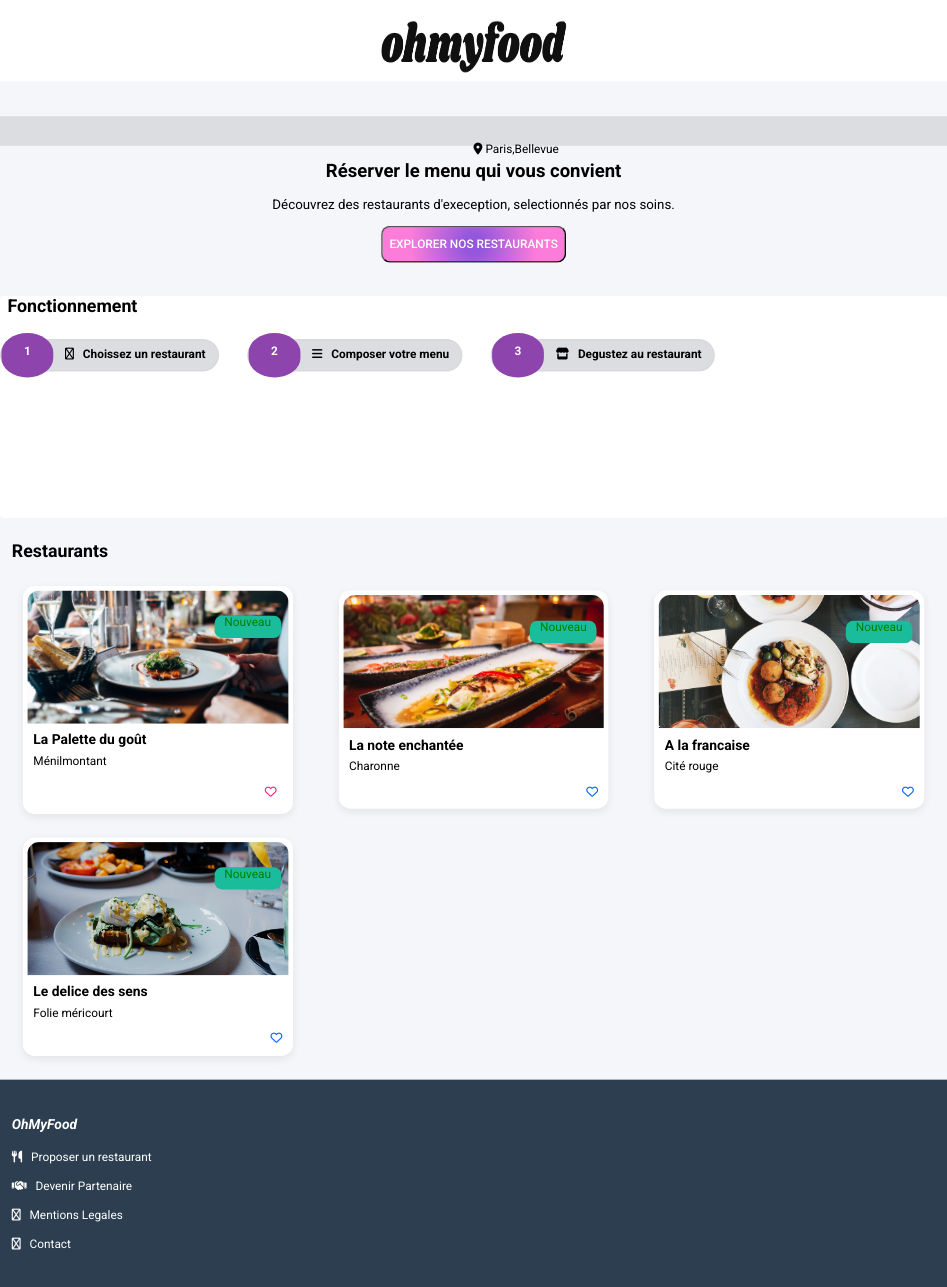
Repository: ultraasedev/ohmyfood
Page: index.html
These files come from the project's save history. The page is drawn as it stood at one moment and after the next save; the edit follows.
The browser window is 1280 px wide. The pictures show the whole page, at 74% of full size.
Some web fonts or font styles are not loaded; a fallback is used. Some web libraries are served in a nearby version.

Above is the page before, as saved 2022-10-27 18:56:41.

### index.html
<!doctype html>
<html lang="fr">
    <head>
        <meta charset="UTF-8">
        <meta name="viewport" content="width=device-width,minimum-scale=1,initial-scale=1,maximum-scale=2">

      <title>Ohmyfood!  - Home</title>
       <meta name="description" content="Ohmyfood! est une entreprise de commande de repas en ligne. Notre concept permet aux
       utilisateurs de composer leur propre menu et réduire leur temps d’attente dans les
       restaurants car leur menu est préparé à l’avance. Plus de perte de temps à consulter la carte"/>
       <meta property="og:site_name" content="Ohmyfood!  - est une entreprise de commande de repas en ligne. Notre concept permet aux
       utilisateurs de composer leur propre menu et réduire leur temps d’attente dans les
       restaurants car leur menu est préparé à l’avance. Plus de perte de temps à consulter la carte" />
       <meta property="og:description" content="est une entreprise de commande de repas en ligne. Notre concept permet aux
       utilisateurs de composer leur propre menu et réduire leur temps d’attente dans les
       restaurants car leur menu est préparé à l’avance. Plus de perte de temps à consulter la carte" />




       <link type="text/css" rel="stylesheet" href="css/normalize.css"/>
       <link type="text/css" rel="stylesheet" href="css/all.min.css"/>
       <link type="text/css" rel="stylesheet" href="css/fontawesome.min.css"/>
       <link rel="preconnect" href="https://fonts.googleapis.com">
        <link rel="preconnect" href="https://fonts.gstatic.com" crossorigin>
       <link href="https://fonts.googleapis.com/css2?family=Roboto:ital,wght@0,100;0,300;0,400;0,500;0,700;0,900;1,100;1,300;1,400;1,500;1,700;1,900&family=Shrikhand&display=swap" rel="stylesheet">
       <script   src="https://kit.fontawesome.com/f132f25ed3.js" crossorigin="anonymous"></script>

       <link type="text/css" rel="stylesheet" href="css/style.css" />



       </head>

       <body>
<!--Nav + Logo-->
   <div class="nav">
    <div class="logo">
      <img src="images/logo/ohmyfood.png" alt="Ohmyfood !" class="logo"/>
    </div>
   </div>


<!--Header-->
<header>
  <!--Location-->
 <div class="location">
  <div class="villeloca"><p><i class="fa-sharp fa-solid fa-location-dot"></i> Paris,Bellevue</p></div>
</div>

  <div class="head-cont">
    <h2>Réserver le menu qui vous convient</h2>
    <p>Découvrez des restaurants d'exeception, selectionnés par nos soins.</p>

    <button class="btn-nav">
      Explorer nos restaurants
    </button>
  </div>
</header>

<!--Fonctionnement-->
<section class="cont-fonc">
  <h2>Fonctionnement</h2>

  <div class="ctn-filtres">

    <div class="filtres">
      <div class="circle-inf"><p>1</p></div>
      <p><i class="fa-regular fa-phone"></i>&nbsp;&nbsp;&nbsp;Choissez un restaurant</p>
    </div>

    <div class="filtres">
      <div class="circle-inf"><p>2</p></div>
      <p><i class="fa-solid fa-bars"></i>&nbsp;&nbsp;&nbsp;Composer votre menu</p>
    </div>

    <div class="filtres">
      <div class="circle-inf"><p>3</p></div>
      <p><i class="fa-solid fa-store"></i>&nbsp;&nbsp;&nbsp;Degustez au restaurant</p>
    </div>


  </div>

</section>
<!--Fonctionnement-->

<!--Restau 1-->
<section class="cont-art">
  <h2>Restaurants</h2>

  <!-- Card 1 -->
              <article class="resto-card">
                <a href="#">
                  <img
                    src="./images/restaurants/jay-wennington-N_Y88TWmGwA-unsplash.jpg"
                    alt="Photo de l'hébergement"
                  />
                  <div class="new">Nouveau</div>
                  <h3>La Palette du goût</h3>
                  <p>Ménilmontant</p>
                  <div class="stars">
                    <i class="fa-regular fa-heart active"></i>
                  </div>
                </a>
              </article>


               <!-- Card 2 -->
               <article class="resto-card">
                <a href="#">
                  <img
                    src="./images/restaurants/louis-hansel-shotsoflouis-qNBGVyOCY8Q-unsplash.jpg"
                    alt="Photo de l'hébergement"
                  />
                  <div class="new">Nouveau</div>
                  <h3>La note enchantée</h3>
                  <p>Charonne</p>
                  <div class="stars">
                    <i class="fa-regular fa-heart"></i>

                  </div>
                </a>
              </article>

               <!-- Card 3 -->
               <article class="resto-card">
                <a href="#">
                  <img
                    src="./images/restaurants/stil-u2Lp8tXIcjw-unsplash.jpg"
                    alt="Photo de l'hébergement"
                  />
                  <div class="new">Nouveau</div>
                  <h3>A la francaise</h3>
                  <p>Cité rouge</p>
                  <div class="stars">
                    <i class="fa-regular fa-heart"></i>
                  </div>
                </a>
              </article>

               <!-- Card 4 -->
               <article class="resto-card">
                <a href="#">
                  <img
                    src="./images/restaurants/toa-heftiba-DQKerTsQwi0-unsplash.jpg"
                    alt="Photo de l'hébergement"
                  />
                  <div class="new">Nouveau</div>
                  <h3>Le delice des sens</h3>
                  <p>Folie méricourt</p>
                  <div class="stars">
                    <i class="fa-regular fa-heart"></i>
                  </div>
                </a>
              </article>




</section>

<!--FOOTER-->
<footer>
  <div class="container-footer">
    <div class="card-footer">
      <h3 style="font-family: 'Roboto';font-weight: 700;font-style: italic;">OhMyFood</h3>
      <!--<img src="images/logo/ohmyfood.png" alt="Ohmyfood !" height="20px" width="80px" style="margin-bottom: 10px;"/>-->
      <a href="#"><i class="fa-solid fa-utensils"></i>&nbsp;&nbsp;&nbsp;Proposer un restaurant</a>
      <a href="#"><i class="fa-solid fa-handshake"></i>&nbsp;&nbsp;&nbsp;Devenir Partenaire</a>
      <a href="#"><i class="fa-regular fa-circle-info"></i>&nbsp;&nbsp;&nbsp;Mentions Legales</a>
      <a href="#"><i class="fa-regular fa-phone"></i>&nbsp;&nbsp;&nbsp;Contact</a>

    </div>

</footer>

### css/style.css
*{
    box-sizing: border-box;
    font-family: var(--fontall);
    max-width: 1380px;

}
:root{

  /*Font*/
  --fontall: 'Roboto', sans-serif;
  --fontlg: 'Shrikhand' , cursive;

  /*color*/
  --primary: #9356DC;
  --secon: #FF79DA;
  --tert: #99E2D0;

  --greybg: #f5f6fa;

}


body{
    background-color:  var(--greybg);
    font-family: var(--fontall);
}

/* Nav*/
.nav{
  display: flex;
  height: 130px;
  width: 100%;
  background-color: #fff;
  align-items: center;
  align-content: center;
  text-align: center;
  margin-bottom: 10px;
}
/*Logo*/
.logo{
  position: relative;
  align-items: center;
  align-content: center;
  text-align: center;
  margin-right: auto;
  margin-left: auto;
}
.logo img{
  height: 70px;
  width: 250px;
}
/*Header*/
header{
  position: absolute;
  height: 300px;
  width: 100%;
  background-color: #f5f6fa;
  align-items: center;
  align-content: center;
  text-align: center;
  margin-top: -30px;
}
/*Location*/
.location{
  position: flex;
  background-color: #dcdde1;
  height: 40px;
  margin-top: -8px;
  align-items: center;
  align-content: center;
  text-align: center;
}
.location .villeloca{
  position: absolute;
  align-items: center;
  align-content: center;
  text-align: center;
  left: 50%;
}

/*Head-Cont*/

.head-cont h2{
  font-size: 25px;
  font-weight: bold;

}
.head-cont p{
  font-size: 18px;
  font-weight: 400;

}
/*Btn-nav*/
.btn-nav{
  align-items: center;
  align-content: center;
  text-transform: uppercase;
  transition: 0.5s;
  background: rgb(147,86,220);
  background: radial-gradient(circle, rgba(147,86,220,1) 10%, rgba(252,124,218,1) 69%);
  z-index: -1;
  transition: transform 400ms ease-in;
  color: #fff;
  width: 250px;
  height: 50px;
  overflow: hidden;
  text-decoration: none;
  border-radius: 12px;
 font-weight: 500;

}
/*Fonctionnement*/
.cont-fonc{
  position: relative;
  background-color: #fff;
  height: 300px;
  margin-top: 270px;
  border-radius: 5px;
}

.cont-fonc h2 {
 margin-left: 10px;
 margin-top: 20px;
 margin-bottom: 30px;
}
.cont-fonc .ctn-filtres {
  display: flex;
  align-items: center;
  gap: 38px;
  flex-wrap: wrap;
  margin-bottom: 35px;
}
.cont-fonc .circle-inf{
  background-color: #8e44ad;
  width: 70px;
  height: 60px;
  border-radius: 80px / 60px;
  text-align: center;
  color: #fff;
  font-weight: bold;
}
.cont-fonc .circle-inf p{
  text-align: center;
  justify-items: center;
  justify-content: center;
}
.cont-fonc .ctn-filtres .filtres{
  display: flex;
  align-items: center;
  gap: 16px;
  border: 2px solid #d9d9d9;
  border-radius: 32px;
  padding: 0 16px 0 0;
  height: 44px;
  transition: 0.2s;
  cursor: pointer;
  font-weight: bold;
  background-color: #dcdde1;
}
/* Content Article */
.cont-art{
  background-color: #f5f6fa;
  padding: 32px 16px;
  border-radius: 16px;
  display: grid;
  grid-template-columns: repeat(3, 1fr);
  gap: 32px;
  left: 10px;
}
.cont-art h2 {
  grid-column: 1/-1;
  margin: 0;
}
.cont-art .resto-card{
  background: white;
  padding: 6px;
  border-radius: 16px;
  margin: auto;
  box-shadow: rgba(0, 0, 0, 0.08) 0px 4px 12px;
  transition: 0.2s;
  width: calc(100% - 30px);
}
.cont-art .resto-card .new{
  position: relative;
  background-color: #1abc9c;
  color: green;
  height: 30px;
  width: 90px;
  text-align: center;
  justify-content: center;
  align-items: center;
  border-radius: 10px;
  float: right;
  top: -150px;
  margin-right: 10px;
  font-weight: 400;
}
.cont-art .resto-card img {
  height: 180px;
  object-fit: cover;
  width: 100%;
  border-top-right-radius: 16px;
  border-top-left-radius:16px;
}
.cont-art .resto-card a {
  text-decoration: none;
  color: inherit;
}

.cont-art .resto-card h3 {
  margin: 8px 8px 8px;
}

.cont-art .resto-card p {
  margin: 8px 8px 8px;
}

.cont-art .resto-card .stars {
  margin: 8px 8px 8px;
  color: #0065fc;
  float: right;
}
.cont-art .resto-card .stars .active{
  margin: 8px 8px 8px;
  color: #f52179;
}

/*FOOTER*/
footer {
  background-color: #2c3e50;
  padding: 32px 16px;
  color: #fff;
}
.container-footer {
  display: flex;
  max-width: 1330px;
  margin: auto;
  font-family: "Raleway", sans-serif;
  gap: 16px;
}
.card-footer {
  display: flex;
  flex-direction: column;
  min-width: 30%;
}

.card-footer a {
  margin-top: 5px;
  margin-bottom: 16px;
  text-decoration: none;
  color: inherit;
}

.card-footer a:hover {
  text-decoration: underline !important;
}

Loaded but not shown: css/normalize.css (library); css/all.min.css (library); css/fontawesome.min.css (library)

After the next save:
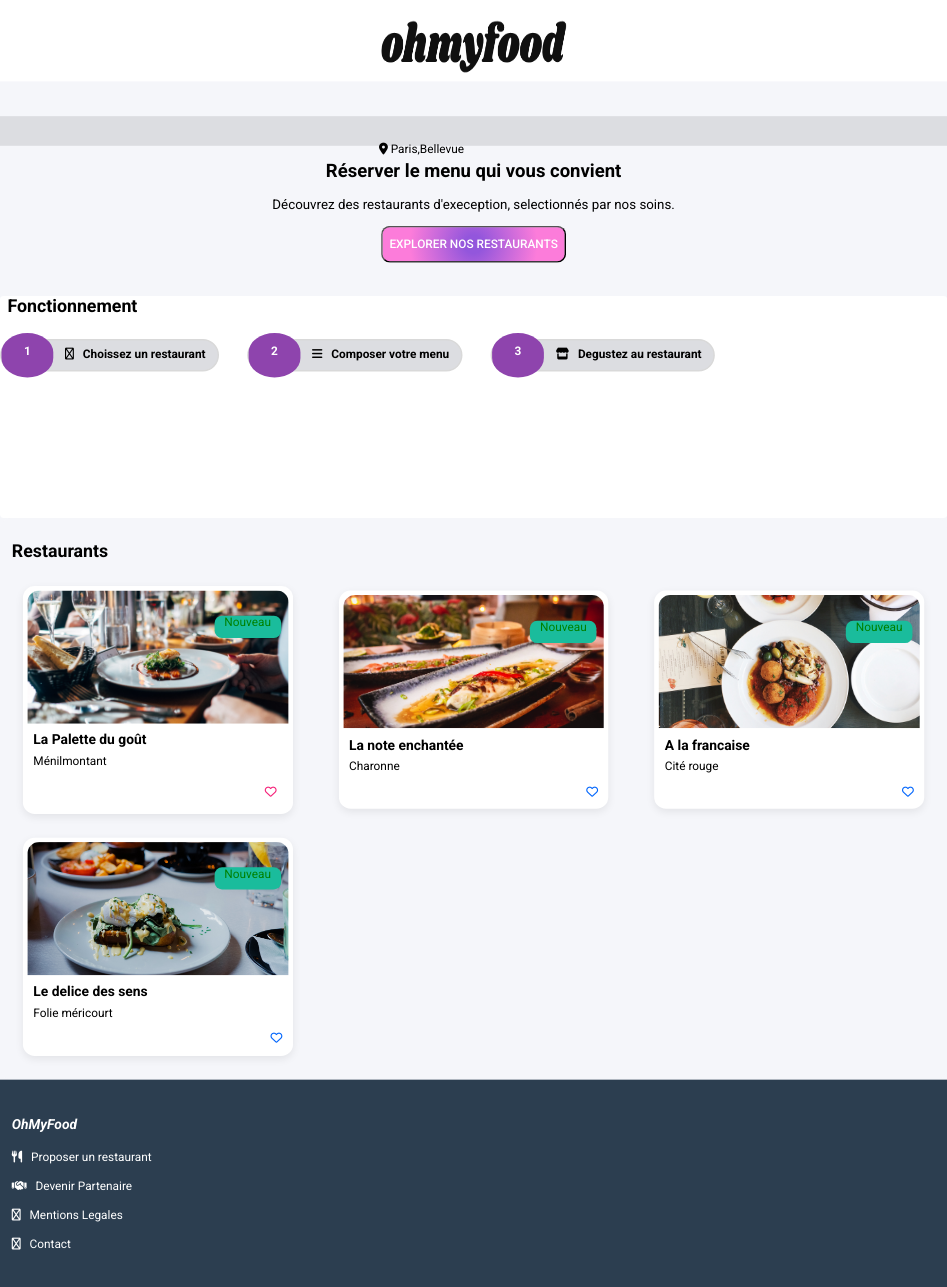
Saved 9 s later.
--- a/css/style.css
+++ b/css/style.css
@@ -75,7 +75,7 @@ header{
   align-items: center;
   align-content: center;
   text-align: center;
-  left: 50%;
+  left: 40%;
 }
 
 /*Head-Cont*/
